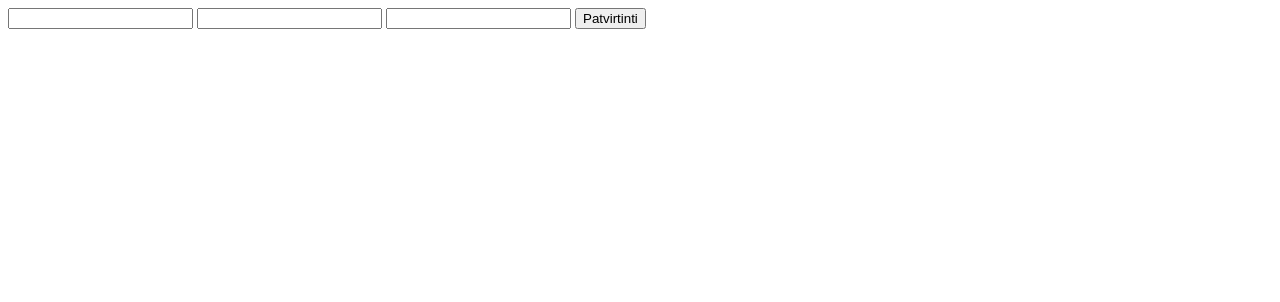
Repository: motiejus1/22-paskaita-05.31
Page: index.html
An editor plug-in stored every save of this project. The page is shown before and after the next save, followed by the edit.
The browser window is 1280 px wide. The pictures show the whole page.

Above is the page before, as saved 2021-07-06 20:04:02.

### index.html
<!DOCTYPE html>
<html lang="en">
<head>
    <meta charset="UTF-8">
    <meta http-equiv="X-UA-Compatible" content="IE=edge">
    <meta name="viewport" content="width=device-width, initial-scale=1.0">
    <title>22 paskaita</title>
</head>



<body>

    <div class="krastines">
        <input type="text" id="akrastine" name="akrastine">
        <input type="text" id="bkrastine" name="bkrastine">
        <input type="text" id="ckrastine" name="ckrastine">
        <button id="patvirtinti">Patvirtinti</button>
    </div>

    <script>
        "use strict";

    //ar galim sudaryti trikampi - trikampioSudarymas()
    //kategorija pagal krastine - kategorijaKrastine()
    //kategorija pagal kampa  - kategorijaKampas()

    function atsitiktinis(intervaloPradzia, intervaloPabaiga) {
        return Math.floor(Math.random() * (intervaloPabaiga - intervaloPradzia + 1)) + intervaloPradzia;
    }

    function trikampioSudarymas(trikampis) {

        var tikrininimas = false;
        if((trikampis[0] < trikampis[1]+trikampis[2]) && (trikampis[1] < trikampis[0]+trikampis[2]) && (trikampis[2] < trikampis[1]+trikampis[0]))
        {
           tikrininimas = true;
        }
        return tikrininimas;
    }

    function kategorijaKrastine(trikampis) {
        var a = trikampis[0];
        var b = trikampis[1];
        var c = trikampis[2];

        //pagal krastine
        if(a != b && b != c && c != a) {// ivairiakrastis
            console.log("Trikampis yra ivairiakrastis");
        } else if(a==b && b==c && a==c) {// lygiakrastis
            console.log("Trikampis yra lygiakrastis");
        } else { //lygiasonis
            console.log("Trikampis yra lygiasonis")
        }
    }

    function kategorijaKampas(trikampis) {
        var a = trikampis[0];
        var b = trikampis[1];
        var c = trikampis[2];

        if( (a*a)+(b*b) == (c*c) || (c*c + b*b == a*a) || (c*c + a*a == b*b)) {
            console.log("Trikampis yra statusis");
        } else if((a*a)+(b*b) < (c*c) || (c*c)+(b*b) < (a*a) || (a*a)+(c*c) < (b*b)) {
            console.log("Trikampis yra bukasis");
        }
        else {
            console.log("Trikampis yra smailusis");
        }
    }

    function programosPaleidimas(a,b,c) {
        var trikampis = [a,b,c]; // trikampis statusis, ivariakrastis

        if(trikampioSudarymas(trikampis)) {
            console.log("Trikampi sudaryti galime");
            kategorijaKrastine(trikampis); // neturetu grazint, atvaizduoja informacija
            kategorijaKampas(trikampis);

        } else {
            console.log("Trikampio sudaryti negalime");
        }
    }

    function testavimoFunkcija() {
//ciklas kuris paleidzia programosPaleidima n-kartu
    //atsitiktine tvarka susigeneruoti trikampio krastines

    // duomenu masyvo/u - 3

    //Duomenu masyvo generavimo
    var aTest = [];
    var bTest = [];
    var cTest = [];

    //Turime 3 krastiniu rinkinius po 100 elementu
    //Susigeneravom testiniu duomenu masyvus
    for (var i = 0; i < 100; i++) {
        var atsitiktinisSk = atsitiktinis(0, 10000); //55
        aTest.push(atsitiktinisSk); // 55

        atsitiktinisSk = atsitiktinis(0, 10000); //120
        bTest.push(atsitiktinisSk); // 120

        atsitiktinisSk = atsitiktinis(0, 10000);
        cTest.push(atsitiktinisSk);
    }

    // console.log(aTest);
    // console.log(bTest);
    // console.log(cTest);

    // ????

    // aTest = [12, 15, 17, 2, 3]
    // aTest[2]

    for(var i=0; i<aTest.length; i++) {

        console.log(aTest[i] + " " + bTest[i] + " " + cTest[i] );
        programosPaleidimas(aTest[i],bTest[i],cTest[i]);
        }
    }



    </script>
</body>
</html>

After the next save:
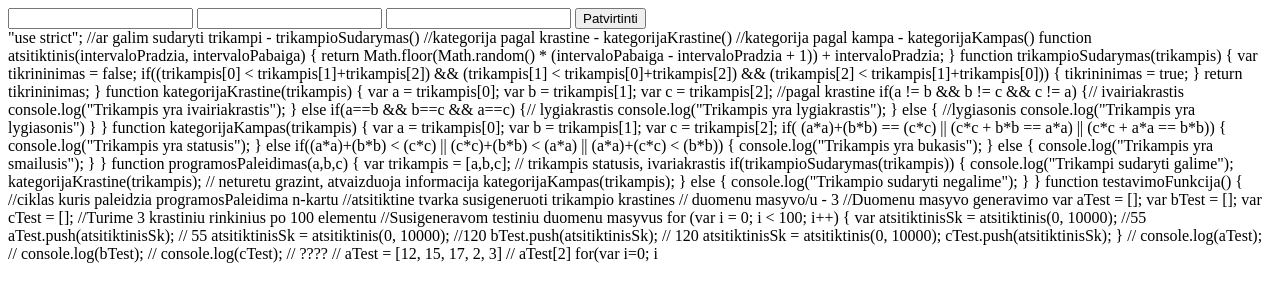
Saved 6 s later.
--- a/index.html
+++ b/index.html
@@ -17,6 +17,8 @@
         <input type="text" id="ckrastine" name="ckrastine">
         <button id="patvirtinti">Patvirtinti</button>
     </div>
+
+    <div class=""
 
     <script>
         "use strict";

After the 3 saves that followed:
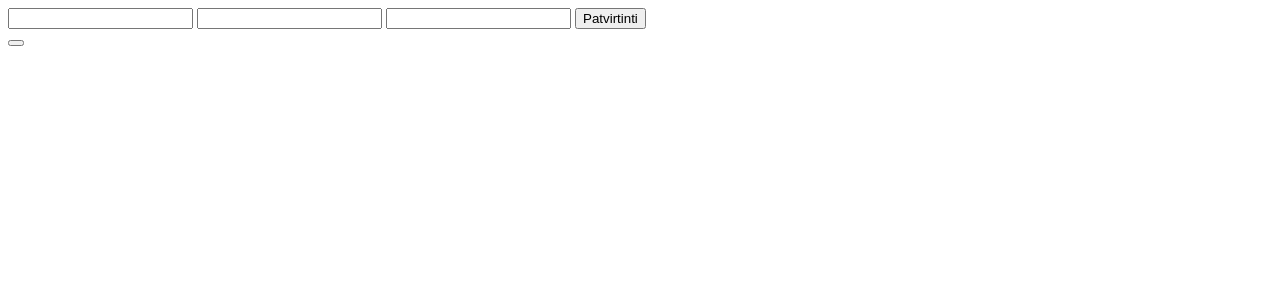
The 3 saves are shown as one change because they came seconds apart.
The last was saved 11 s later.
--- a/index.html
+++ b/index.html
@@ -18,7 +18,9 @@
         <button id="patvirtinti">Patvirtinti</button>
     </div>
 
-    <div class=""
+    <div class="testavimas">
+        <button></button>
+    </div>
 
     <script>
         "use strict";
